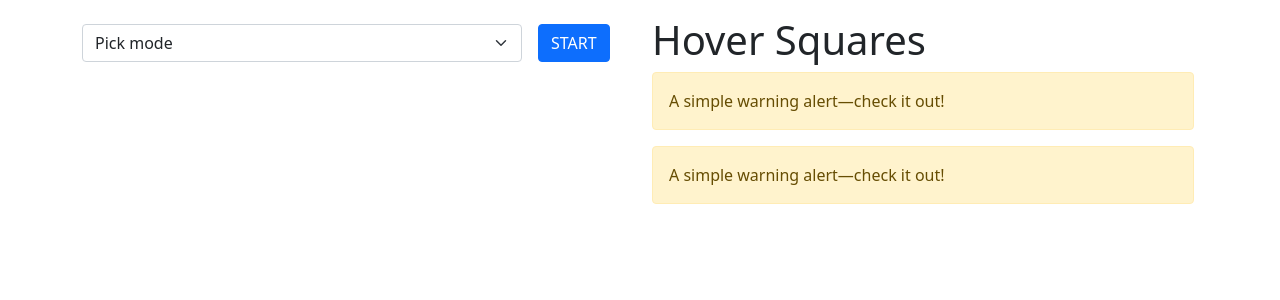
Repository: tsydikov/StarNaviTestTask
Page: /
An editor plug-in stored every save of this project. The page is shown before and after the next save, followed by the edit.
The browser window is 1280 px wide. The pictures show the whole page.
The project was rebuilt for these pictures with package versions that can differ from the ones it lists, and the page was loaded fresh each time.

Above is the page before, as saved 2021-08-13 21:40:09.

### public/index.html
<!DOCTYPE html>
<html lang="en">
  <head>
    <meta charset="utf-8" />
    <meta name="viewport" content="width=device-width, initial-scale=1" />
    <link href="https://cdn.jsdelivr.net/npm/bootstrap@5.1.0/dist/css/bootstrap.min.css" rel="stylesheet" integrity="sha384-KyZXEAg3QhqLMpG8r+8fhAXLRk2vvoC2f3B09zVXn8CA5QIVfZOJ3BCsw2P0p/We" crossorigin="anonymous">
    <title>React App</title>
  </head>
  <body>
    <noscript>You need to enable JavaScript to run this app.</noscript>
    <div id="root"></div>
  </body>
</html>

### src/index.js
import React from 'react';
import ReactDOM from 'react-dom';
import App from './App';


ReactDOM.render(
  // <React.StrictMode>
    <App />,
  // </React.StrictMode>,
  document.getElementById('root')
);

### src/App.js
import React,{useState} from 'react'
import './App.css'
// import Alert from './component/Alert';
// import Squares from './component/Squares';
// import GameMode from './component/GameMode';


function App() {
const [mode, setMode] = useState('0')
const [squares, setSquares] = useState([])
const [className,setClassName] = useState('square5')
const [alerts, setAlerts] = useState([])
const url ='https://demo1030918.mockable.io/'


async function start() {
    if (mode !== '0') {
      const response = await fetch(url)
      const data = await response.json()
      const squaresNumber = data[mode].field
      draw(squaresNumber)

      return squaresNumber
      } else console.log('net vubora')

 }

 function draw (squaresNumber) {
  let squares = []
  switch (squaresNumber) {
    case 5:
      setClassName('square5');
    break;
    case 10:
      setClassName('square10');
    break;
    case 15:
      setClassName('square15');
    break;
    default: setClassName('');
  }

      for (let i = 0; i < squaresNumber; i++) {
        for (let j = 0; j < squaresNumber; j++) {
        squares.push({id:'row '+(i+1)+' col '+(j+1)})
      }
    }

      setSquares(squares)
     console.log(squares[0].id)

 }

 function hover(e) {
  if (e.target.style.background === 'blue'){
    e.target.style.background = 'white'
  } else {
    e.target.style.background = 'blue';
    alert(e.target.id, e.target.style.background)
  }

  function alert (id, style) {
    setAlerts(alerts.push({id:id}))
    console.log(alerts)
  }

}

  return (
    <div className="container p-3">
      <div className="row ">
        <div className="col">
          <div className="row">
              <div className="col p-2">
                <select className="form-select p" defaultValue="0" onChange={event => setMode(event.target.value)}>
                  <option value="0">Pick mode</option>
                  <option value="easyMode">Easy</option>
                  <option value="normalMode">Normal</option>
                  <option value="hardMode">Hard</option>
                </select>
                <button type="button" className="btn btn-primary" onClick={start}>START</button>
              </div>
            </div>
          {/* <GameMode /> */}
          <div className="row">
            <div className="col">
              <div className="containerSquares" >
                {squares.map((square) => <div
                  key={square.id}
                  id={square.id}
                  className={className}
                  onMouseOver={hover}
                />)}
              </div>
            </div>
          </div>
          {/* <Squares /> */}
        </div>
        <div className="col">
          <h1>Hover Squares</h1>
            {alerts.map((alert) => <div
                    key={alert.id}
                    id={alert.id}
                    className="alert alert-warning"
                    role="alert"
                  />)}
          <div className="alert alert-warning" role="alert">
            A simple warning alert—check it out!
          </div>
            <div className="alert alert-warning" role="alert">
              A simple warning alert—check it out!
            </div>
        </div>
        {/* <Alert /> */}
      </div>
    </div>
  );
}

export default App;

### src/App.css
.p {
    float: left;
    width: 80%;
    margin-right: 1rem;
}

.containerSquares {
    display: flex;
    justify-content: center;
    align-items: center;
    flex-wrap: wrap;
    /* max-width: 400px; */
    width: 500px;
    margin-left: -10px;
  }

  .square5 {
    width: 95px;
    height: 95px;
    background: white;
    margin: 2px;
    box-shadow: 0 0 2px #000;
    transition: 2s ease;
  }

  .square10 {
    width: 45px;
    height: 45px;
    background: white;
    margin: 2px;
    box-shadow: 0 0 2px #000;
    transition: 2s ease;
  }

  .square15 {
    width: 29px;
    height: 29px;
    background: white;
    margin: 2px;
    box-shadow: 0 0 2px #000;
    transition: 2s ease;
  }

After the next save:
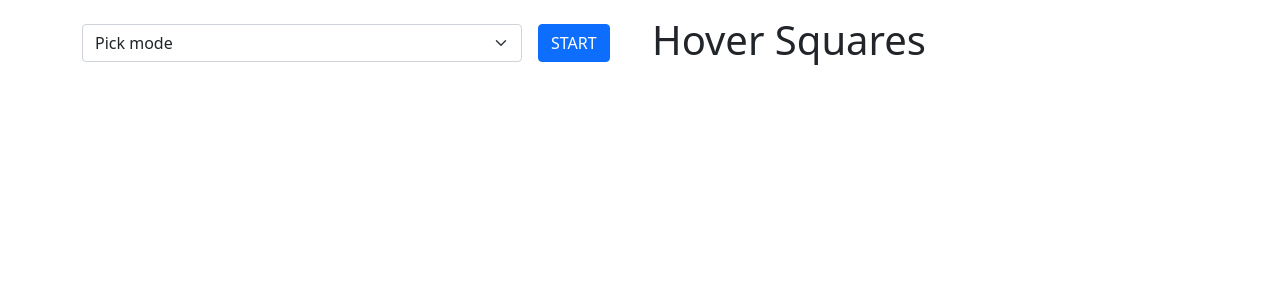
Saved 39 s later.
--- a/src/App.js
+++ b/src/App.js
@@ -98,18 +98,18 @@ async function start() {
         </div>
         <div className="col">
           <h1>Hover Squares</h1>
-            {alerts.map((alert) => <div
+            {/* {alerts.map((alert) => <div
                     key={alert.id}
                     id={alert.id}
                     className="alert alert-warning"
                     role="alert"
-                  />)}
-          <div className="alert alert-warning" role="alert">
+                  />)} */}
+          {/* <div className="alert alert-warning" role="alert">
             A simple warning alert—check it out!
           </div>
             <div className="alert alert-warning" role="alert">
               A simple warning alert—check it out!
-            </div>
+            </div> */}
         </div>
         {/* <Alert /> */}
       </div>
